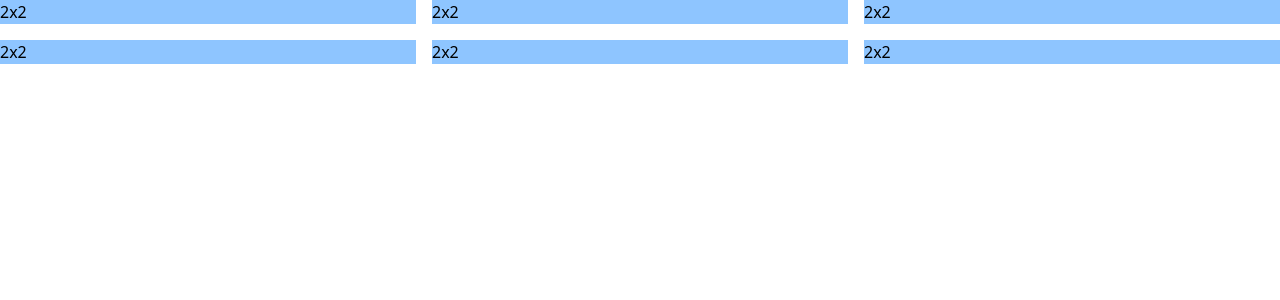
Repository: Abdulahi338/TailwindCss-exercise
Page: Exercise3/index.html
The author's editor kept a copy of each file at every save. The page is drawn from the files as they stood at one save, then again after a run of saves.
The browser window is 1280 px wide. The pictures show the whole page.

Above is the page before, as saved 2025-07-27 18:02:34.

After the next 3 saves:
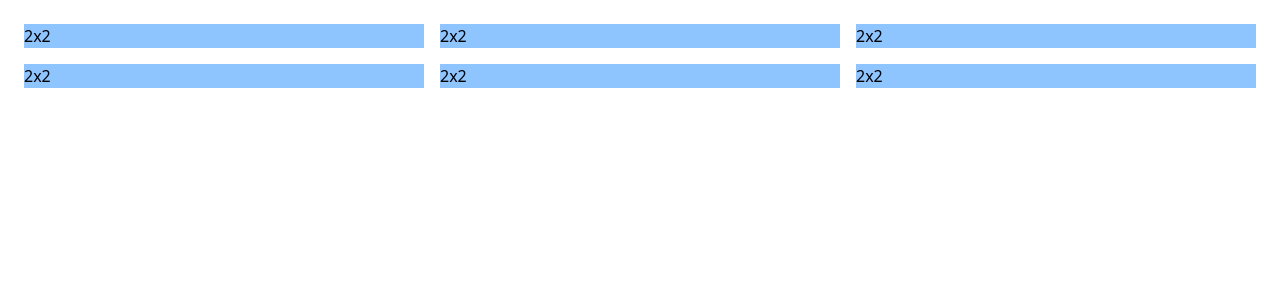
The 3 saves are shown as one change because they came seconds apart.
The last was saved 13 s later.
--- a/Exercise3/index.html
+++ b/Exercise3/index.html
@@ -9,7 +9,7 @@
 </head>
 <body>
 
-    <div class="grid grid-cols-3 grid-rwos-3 gap-4">
+    <div class="grid grid-cols-3 grid-rwos-3 gap-4 p-6">
         <div class="bg-blue-300">2x2</div>
         <div class="bg-blue-300">2x2</div>
         <div class="bg-blue-300">2x2</div>
